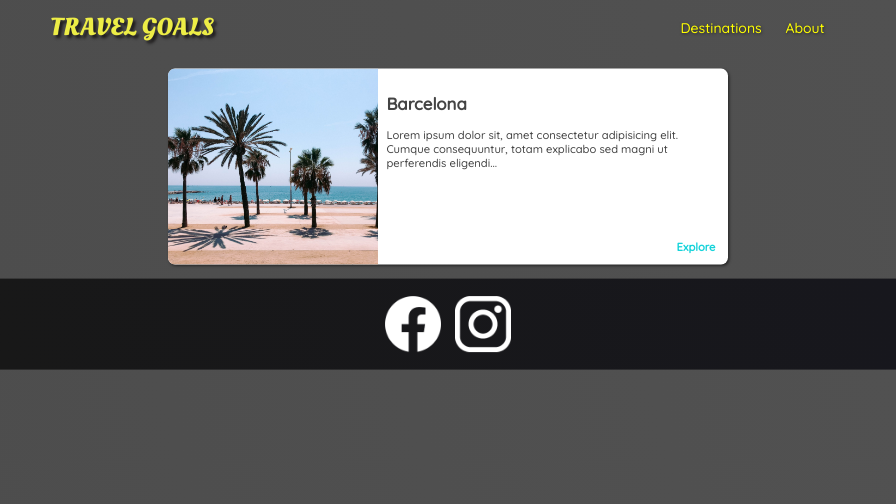
Repository: MicTomm/Travel-Goals
Page: places.html
These files come from the project's save history. The page is drawn as it stood at one moment and after the next save; the edit follows.
The browser window is 1280 px wide. The pictures show the part of the page from y = 0 to 1920 px (the page is 720 px tall before and 3048 px after), at 70% of full size.

Above is the page before, as saved 2023-06-08 21:03:39.

### places.html
<!DOCTYPE html>
<html lang="it">

<head>
    <meta charset="UTF-8">
    <title>Travel Goals</title>
    <link rel="stylesheet"
        href="https://fonts.googleapis.com/css2?family=Raleway:wght@700&family=Oleo+Script:wght@700&family=Quicksand:wght@300;500&display=swap">
    <link href="/styles/shared.css" rel="stylesheet">
    <link href="/styles/places.css" rel="stylesheet">
</head>

<body>
    <header>
        <div id="logo">
            <a href="/index.html">Travel Goals</a>
        </div>
        <nav>
            <ul>
                <li><a href="/places.html">Destinations</a></li>
                <li><a href="">About</a></li>
            </ul>
        </nav>
    </header>
    <main>
        <ul>
            <li>
                <img src="images/places/barcelona.jpg" alt="Barcelona">
                <div class="card-content">
                    <div>
                        <h2>Barcelona</h2>
                        <p>Lorem ipsum dolor sit, amet consectetur adipisicing elit. Cumque consequuntur, totam
                            explicabo sed magni ut perferendis eligendi...</p>
                    </div>
                    <div class="card-link">
                        <a href="https://en.wikipedia.org/wiki/Barcelona">Explore</a>
                    </div>
                </div>
            </li>
        </ul>
    </main>
    <footer>
        <ul>
            <li>
                <a href="https://www.facebook.com/" title="facebook">
                    <img src="/images/icons/facebook.png" alt="facebook-icon">
                </a>
            </li>
            <li>
                <a href="https://www.instagram.com/" title="instagram">
                    <img src="/images/icons/insta.png" alt="instagram-icon">
                </a>
            </li>
    </footer>
</body>

</html>

### styles/shared.css
body {
    margin: 0px;
    font-family: 'Quicksand', sans-serif;
}

ul {
    list-style: none;
    padding: 0px;
    margin: 0px;
}

header {
    display: flex;
    justify-content: space-between;
    align-items: center;
    padding: 15px 60px;
    position: absolute;
    width: 100%;
    top: 0;
    left: 0;
    box-sizing: border-box;
}

header ul {
    margin: 10px;
    display: flex;
    justify-content: space-between;
    width: 250px;
}

header li {
    width: 100px;
}

header a {
    color: yellow;
    text-decoration: none;
    font-size: 20px;
    padding: 12px;
    text-shadow: 1px 1px 4px rgba(0, 0, 0, 0.5);
}

header a:hover {
    background-color: yellow;
    box-shadow: 2px 2px 4px rgba(0, 0, 0, 0.5);
    color: rgb(67, 60, 60);
    text-shadow: 1px 1px 2px rgb(0, 0, 0, 0.5);
    border-radius: 8px;
}

footer{
    background: linear-gradient(70deg, rgb(24, 24, 24), rgb(23, 23, 29));
    padding: 25px;
}

footer ul{
    display: flex;
    justify-content: center;
}

footer li{
    width: 80px;
    height: 80px;
    margin: 0px 10px;
}

footer img{
    width: 100%;
    height: 100%;
}

#logo a {
    font-family: 'Oleo script', sans-serif;
    font-size: 35px;
    text-decoration: none;
    color: rgb(237, 237, 70);
    text-shadow: 4px 4px 4px rgb(31, 29, 29);
    text-transform: uppercase;
}

#logo a:hover {
    background-color: transparent;

}

### styles/places.css
body {
    background: linear-gradient(77deg, rgb(77, 77, 77), rgb(81, 81, 81));
    color: rgb(68, 68, 68);
}

/*
    position: static sovrascrive il comportamento impostato per l'header nel file shared.css, al fine
    di evitare la sovrapposizione delle prime card sull'header
*/
header {
    position: static;
}

main ul {
    width: 800px;
    margin: 20px auto;
}

main li {
    display: flex;
    background-color: white;
    border-radius: 10px;
    overflow: hidden;
    box-shadow: 2px 2px 4px rgba(0, 0, 0, 0.5);
}

main li img {
    height: 280px;
    width: 300px;
    object-fit: cover;
}

.card-content{
    margin: 0px 12px;
    padding: 15px 0px;
    display: flex;
    flex-direction: column;
    justify-content: space-between;

}

.card-link{
    text-align: right;
}

.card-link a{
    text-decoration: none;
    color: rgb(22, 211, 218);
    border-radius: 8px;
    box-shadow: 2px, 2px, 4px, black;
    padding:6px;
    font-weight: 600;
}

.card-link a:hover{
    text-shadow: 1px 1px 2px  rgb(6, 150, 155) ;
    background-color:rgb(227, 251, 251);
}

After the next save:
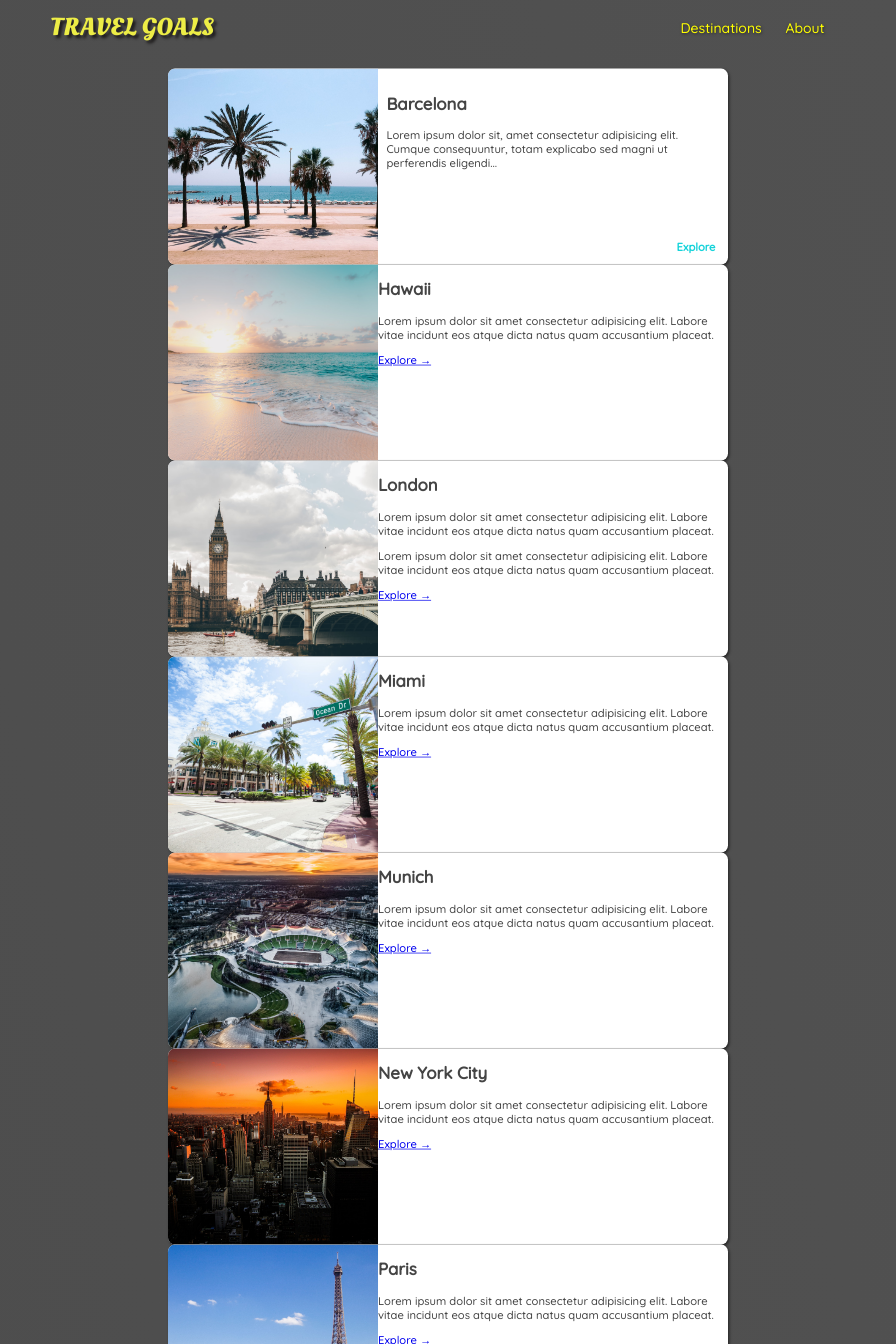
Saved 13 h 17 min later.
--- a/places.html
+++ b/places.html
@@ -29,11 +29,152 @@
                 <div class="card-content">
                     <div>
                         <h2>Barcelona</h2>
-                        <p>Lorem ipsum dolor sit, amet consectetur adipisicing elit. Cumque consequuntur, totam
-                            explicabo sed magni ut perferendis eligendi...</p>
+                        <p>
+                            Lorem ipsum dolor sit, amet consectetur adipisicing elit. Cumque consequuntur, totam
+                            explicabo sed magni ut perferendis eligendi...
+                        </p>
                     </div>
                     <div class="card-link">
                         <a href="https://en.wikipedia.org/wiki/Barcelona">Explore</a>
+                    </div>
+                </div>
+            </li>
+            <li>
+                <img src="images/places/hawaii.jpg" alt="Hawaii beach" />
+                <div class="item-content">
+                    <div>
+                        <h2>Hawaii</h2>
+                        <p>
+                            Lorem ipsum dolor sit amet consectetur adipisicing elit. Labore
+                            vitae incidunt eos atque dicta natus quam accusantium placeat.
+                        </p>
+                    </div>
+                    <div class="actions">
+                        <a href="https://en.wikipedia.org/wiki/Hawaii">Explore &#x2192</a>
+                    </div>
+                </div>
+            </li>
+            <li>
+                <img src="images/places/london.jpg" alt="London city" />
+                <div class="item-content">
+                    <div>
+                        <h2>London</h2>
+                        <p>
+                            Lorem ipsum dolor sit amet consectetur adipisicing elit. Labore
+                            vitae incidunt eos atque dicta natus quam accusantium placeat.
+                        </p>
+                        <p>
+                            Lorem ipsum dolor sit amet consectetur adipisicing elit. Labore
+                            vitae incidunt eos atque dicta natus quam accusantium placeat.
+                        </p>
+                    </div>
+                    <div class="actions">
+                        <a href="https://en.wikipedia.org/wiki/London">Explore &#x2192</a>
+                    </div>
+                </div>
+            </li>
+            <li>
+                <img src="images/places/miami.jpg" alt="Miami streets" />
+                <div class="item-content">
+                    <div>
+                        <h2>Miami</h2>
+                        <p>
+                            Lorem ipsum dolor sit amet consectetur adipisicing elit. Labore
+                            vitae incidunt eos atque dicta natus quam accusantium placeat.
+                        </p>
+                    </div>
+                    <div class="actions">
+                        <a href="https://en.wikipedia.org/wiki/Miami">Explore &#x2192</a>
+                    </div>
+                </div>
+            </li>
+            <li>
+                <img src="images/places/munich.jpg" alt="Munich football stadium" />
+                <div class="item-content">
+                    <div>
+                        <h2>Munich</h2>
+                        <p>
+                            Lorem ipsum dolor sit amet consectetur adipisicing elit. Labore
+                            vitae incidunt eos atque dicta natus quam accusantium placeat.
+                        </p>
+                    </div>
+                    <div class="actions">
+                        <a href="https://en.wikipedia.org/wiki/Munich">Explore &#x2192</a>
+                    </div>
+                </div>
+            </li>
+            <li>
+                <img src="images/places/new-york-city.jpg" alt="New York City skyline" />
+                <div class="item-content">
+                    <div>
+                        <h2>New York City</h2>
+                        <p>
+                            Lorem ipsum dolor sit amet consectetur adipisicing elit. Labore
+                            vitae incidunt eos atque dicta natus quam accusantium placeat.
+                        </p>
+                    </div>
+                    <div class="actions">
+                        <a href="https://en.wikipedia.org/wiki/New_York_City">Explore &#x2192</a>
+                    </div>
+                </div>
+            </li>
+            <li>
+                <img src="images/places/paris.jpg" alt="Paris city" />
+                <div class="item-content">
+                    <div>
+                        <h2>Paris</h2>
+                        <p>
+                            Lorem ipsum dolor sit amet consectetur adipisicing elit. Labore
+                            vitae incidunt eos atque dicta natus quam accusantium placeat.
+                        </p>
+                    </div>
+                    <div class="actions">
+                        <a href="https://en.wikipedia.org/wiki/Paris">Explore &#x2192</a>
+                    </div>
+                </div>
+            </li>
+            <li>
+                <img src="images/places/sydney.jpg" alt="Sydney beach" />
+                <div class="item-content">
+                    <div>
+                        <h2>Sydney</h2>
+                        <p>
+                            Lorem ipsum dolor sit amet consectetur adipisicing elit. Labore
+                            vitae incidunt eos atque dicta natus quam accusantium placeat.
+                        </p>
+                    </div>
+                    <div class="actions">
+                        <a href="https://en.wikipedia.org/wiki/Sydney">Explore &#x2192</a>
+                    </div>
+                </div>
+            </li>
+            <li>
+                <img src="images/places/tokyo.jpg" alt="Tokyo skyline" />
+                <div class="item-content">
+                    <div>
+                        <h2>Tokyo</h2>
+                        <p>
+                            Lorem ipsum dolor sit amet consectetur adipisicing elit. Labore
+                            vitae incidunt eos atque dicta natus quam accusantium placeat.
+                        </p>
+                    </div>
+                    <div class="actions">
+                        <a href="https://en.wikipedia.org/wiki/Tokyo">Explore &#x2192</a>
+                    </div>
+                </div>
+            </li>
+            <li>
+                <img src="images/places/bali.jpg" alt="Bali beach" />
+                <div class="item-content">
+                    <div>
+                        <h2>Bali</h2>
+                        <p>
+                            Lorem ipsum dolor sit amet consectetur adipisicing elit. Labore
+                            vitae incidunt eos atque dicta natus quam accusantium placeat.
+                        </p>
+                    </div>
+                    <div class="actions">
+                        <a href="https://en.wikipedia.org/wiki/Bali">Explore &#x2192</a>
                     </div>
                 </div>
             </li>
